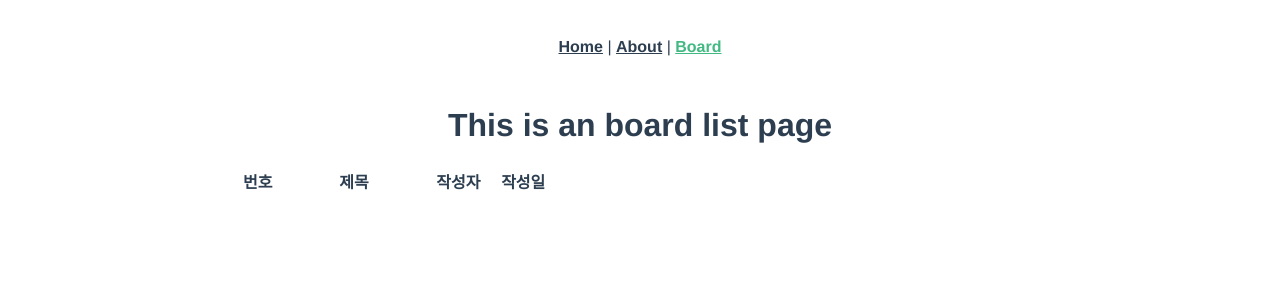
Repository: Nohyunjin/vuesomething
Page: /board (app in testvue/)
These files come from the project's save history. The page is drawn as it stood at one moment and after the next save; the edit follows.
The browser window is 1280 px wide. The pictures show the whole page.
The page's requests for data from a server got no answer. The project was rebuilt for these pictures with package versions that can differ from the ones it lists, and the page was loaded fresh each time. No one was signed in, and anything a server would have sent is missing. Also part of the build but not shown: testvue/vue.config.js, testvue/src/components/HelloWorld.vue, testvue/src/views/HomeView.vue.

Above is the page before, as saved 2022-05-03 10:27:18.

### testvue/src/main.js
import { createApp } from 'vue'
import App from './App.vue'
import router from './router'
import axios from 'axios'

const app = createApp(App).use(router)
app.config.globalProperties.axios = axios
app.mount('#app')

### testvue/src/App.vue
<template>
  <nav>
    <router-link to="/">Home</router-link> |
    <router-link to="/about">About</router-link> |
    <router-link to="/board">Board</router-link>
  </nav>
  <router-view/>
</template>

<style>
#app {
  font-family: Avenir, Helvetica, Arial, sans-serif;
  -webkit-font-smoothing: antialiased;
  -moz-osx-font-smoothing: grayscale;
  text-align: center;
  color: #2c3e50;
}

nav {
  padding: 30px;
}

nav a {
  font-weight: bold;
  color: #2c3e50;
}

nav a.router-link-exact-active {
  color: #42b983;
}
</style>

### testvue/src/router/index.js
import { createRouter, createWebHistory } from 'vue-router'
import HomeView from '../views/HomeView.vue'

const routes = [
  {
    path: '/',
    name: 'home',
    component: HomeView
  },
  {
    path: '/about',
    name: 'About',
    // route level code-splitting
    // this generates a separate chunk (about.[hash].js) for this route
    // which is lazy-loaded when the route is visited.
    component: () => import(/* webpackChunkName: "about" */ '../views/AboutView.vue')
  },
  {
    path: '/board',
    name: 'BoardList',
    component: () => import('@/views/BoardList.vue')
  }
]

const router = createRouter({
  history: createWebHistory(process.env.BASE_URL),
  routes
})

export default router

### testvue/src/views/BoardList.vue
<template>
	<div class="board">
		<h1>This is an board list page</h1>
    <table>
			<colgroup>
				<col style="width:10%">
				<col style="width:*">
				<col style="width:15%">
				<col style="width:25%">
			</colgroup>
			<thead>
				<tr>
					<th scope="col">번호</th>
					<th scope="col">제목</th>
					<th scope="col">작성자</th>
					<th scope="col">작성일</th>
				</tr>
			</thead>
			<tbody>
				<tr v-for="boardItem in boardList" v-bind:key="boardItem.no">
					<td>{{boardItem.no}}</td>
					<td>{{boardItem.subject}}</td>
					<td>{{boardItem.writer}}</td>
					<td>{{boardItem.writedate}}</td>
				</tr>
			</tbody>
		</table>
	</div>
</template>

<script>
export default {
	name : 'BoardList',
  data : function() {
    return {
      boardList : []
    }
  },
  methods : {
	getBoardList() {
		this.axios.get("http://localhost:9000/boards").then((res)=>{
			console.log(res);
      this.boardList = res.data.data
		}).catch((err) => {
			console.log(err);
		});
	}
  },
  mounted() {
	this.getBoardList();
}
};
</script>

<style scoped>
.board { width:800px; margin: 20px auto; }
</style>

Loaded but not shown: testvue/public/index.html (common file)

After the next save:
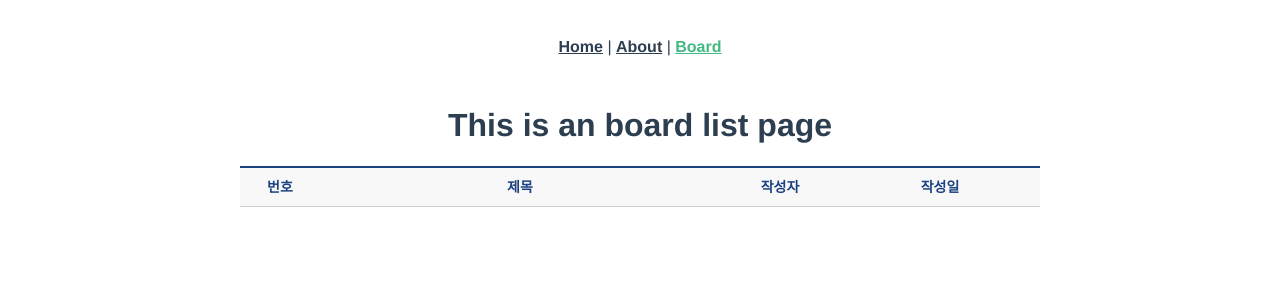
Saved 4 min 26 s later.
--- a/testvue/src/views/BoardList.vue
+++ b/testvue/src/views/BoardList.vue
@@ -53,5 +53,28 @@ export default {
 </script>
 
 <style scoped>
-.board { width:800px; margin: 20px auto; }
+.board {
+  width:800px;
+  margin: 20px auto;
+  }
+.board table {
+  width:100%;
+  border-top:2px solid #1d4281;
+  border-spacing:0;
+  }
+.board table th {
+  padding:8px 10px 10px 10px;
+  vertical-align:middle;
+  color:#1d4281;
+  font-size:14px;
+  border-bottom:1px solid #ccc; background:#f8f8f8;
+  }
+.board table td {
+  padding:7px 10px 9px 10px;
+  text-align:center;
+  vertical-align:middle;
+  border-bottom:1px solid #ccc;
+  font-size:14px;
+  line-heighT:150%;
+  }
 </style>
